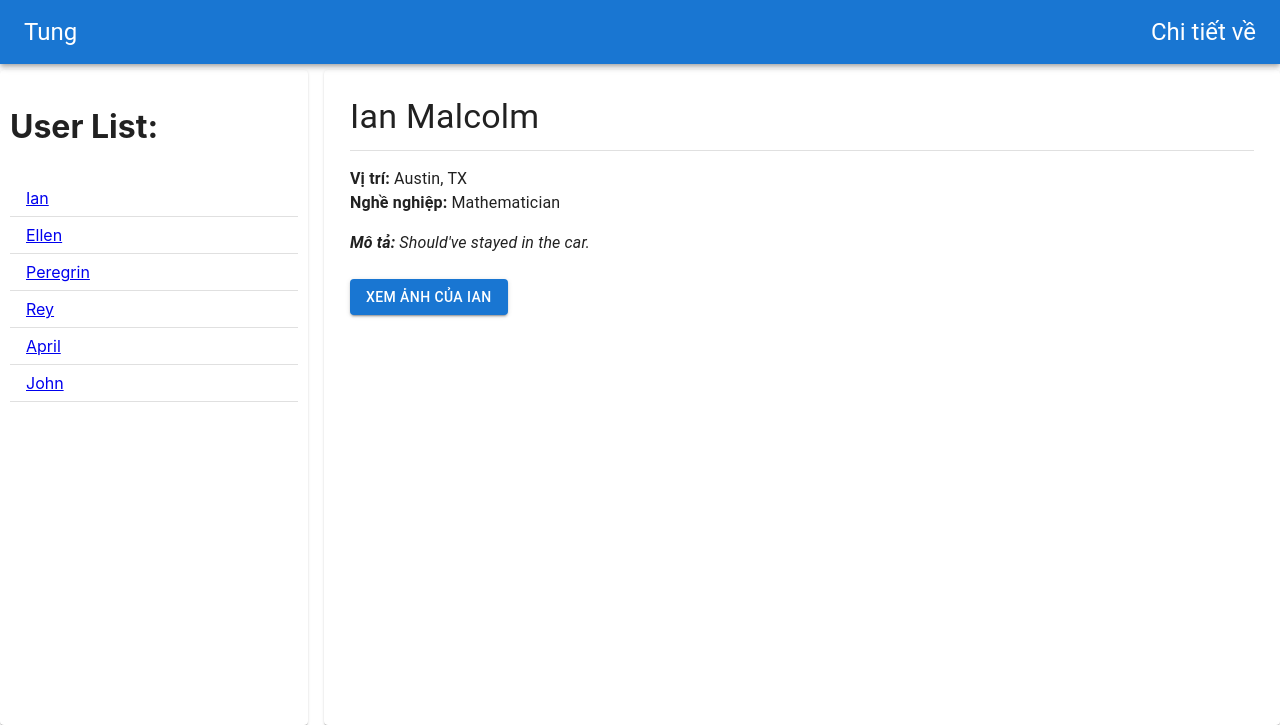
Repository: Trung0810/photo-sharing-v1
Page: /users/57231f1a30e4351f4e9f4bd7
These files come from the project's save history. The page is drawn as it stood at one moment and after the next save; the edit follows.
The browser window is 1280 px wide. The pictures show the whole page.
The project was rebuilt for these pictures with package versions that can differ from the ones it lists, and the page was loaded fresh each time. Also part of the build but not shown: src/modelData/models.js, src/components/UserPhotos/index.jsx.

Above is the page before, as saved 2026-04-04 15:37:09.

After the next save:
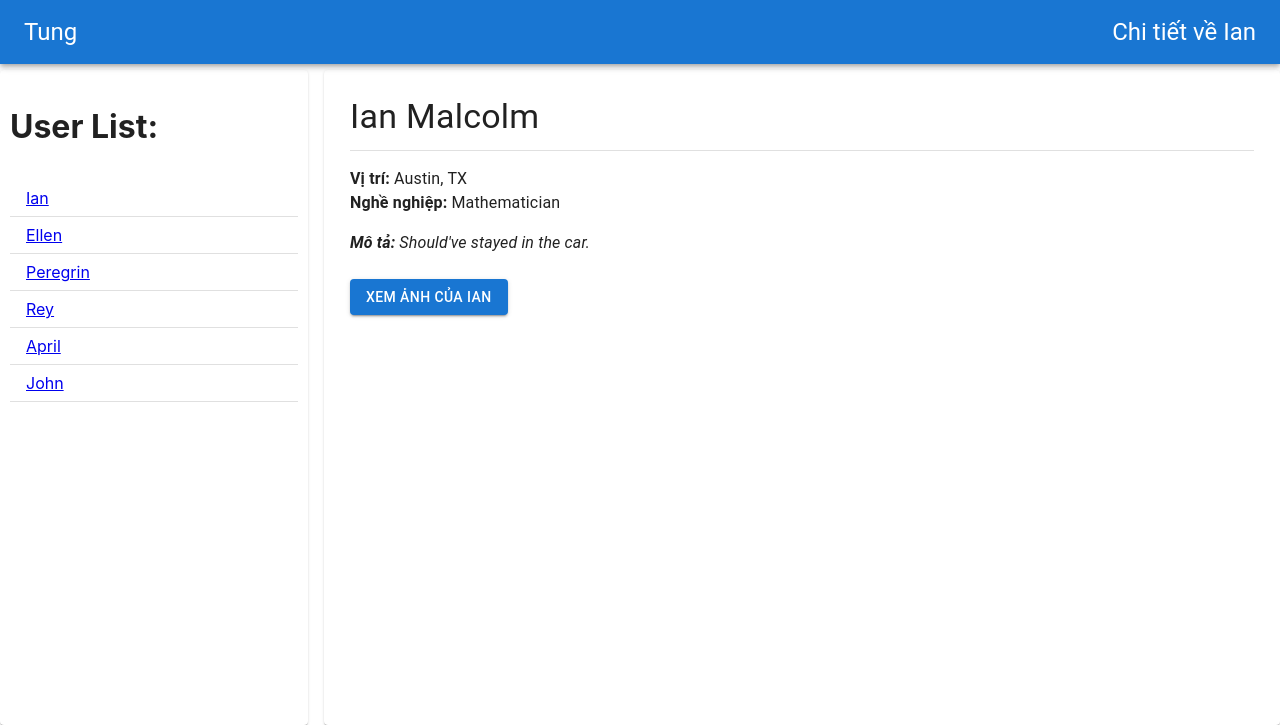
Saved 11 s later.
--- a/src/components/TopBar/index.jsx
+++ b/src/components/TopBar/index.jsx
@@ -15,6 +15,7 @@ function TopBar() {
     if ((parts[1] === "users" || parts[1] === "photos") && parts[2]) {
       const userId = parts[2];
       const user = models.userModel(userId);
+      setUserName(user.first_name);
     } else {
       setUserName("");
     }
